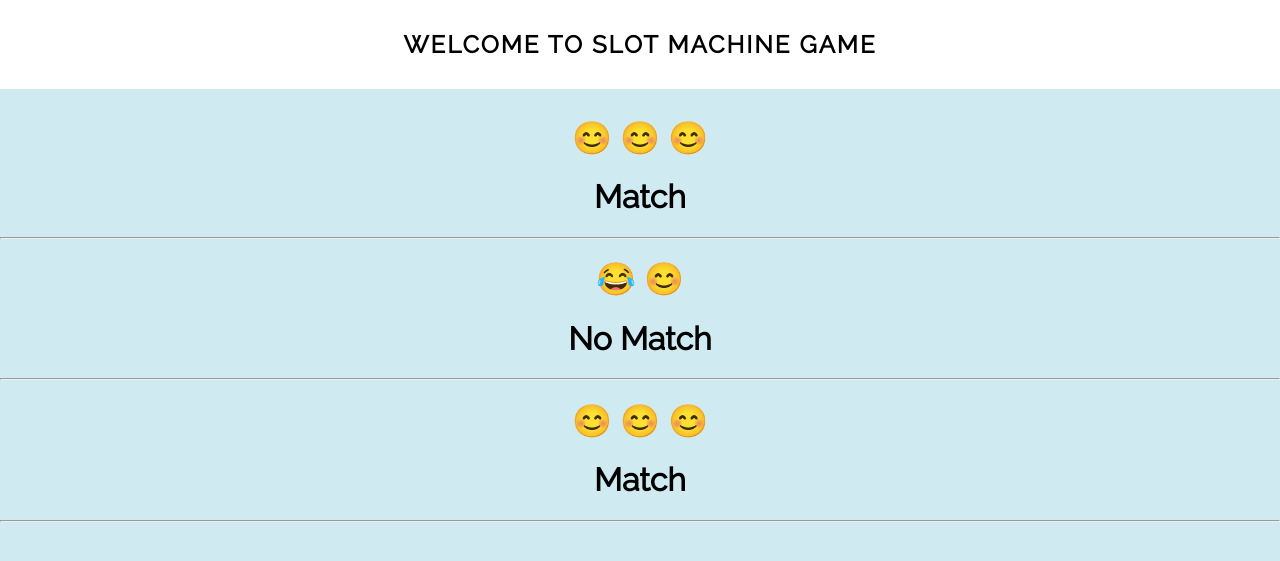
Repository: duggallakshya/slotMachineReact
Page: /
These files come from the project's save history. The page is drawn as it stood at one moment and after the next save; the edit follows.
The browser window is 1280 px wide. The pictures show the whole page.
The project was rebuilt for these pictures with package versions that can differ from the ones it lists, and the page was loaded fresh each time.

Above is the page before, as saved 2022-03-22 22:19:53.

After the next save:
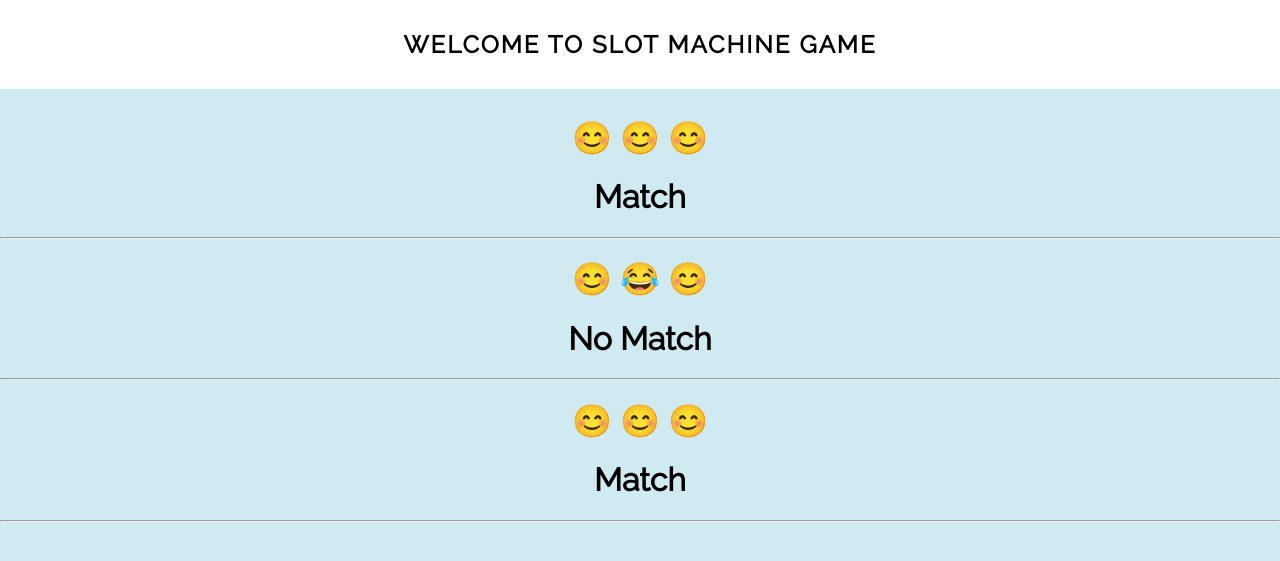
Saved 5 s later.
--- a/src/App.jsx
+++ b/src/App.jsx
@@ -40,7 +40,7 @@ const App = () => {
             <h1 className="heading-style"> Welcome to Slot machine game </h1>
             <div>
                 <SlotMachine x ='😊' y ='😊' z ='😊'/>
-                <SlotMachine x ='' y ='😂' z ='😊'/>
+                <SlotMachine x ='😊' y ='😂' z ='😊'/>
                 <SlotMachine x ='😊' y ='😊' z ='😊'/>
             </div>
         </>
